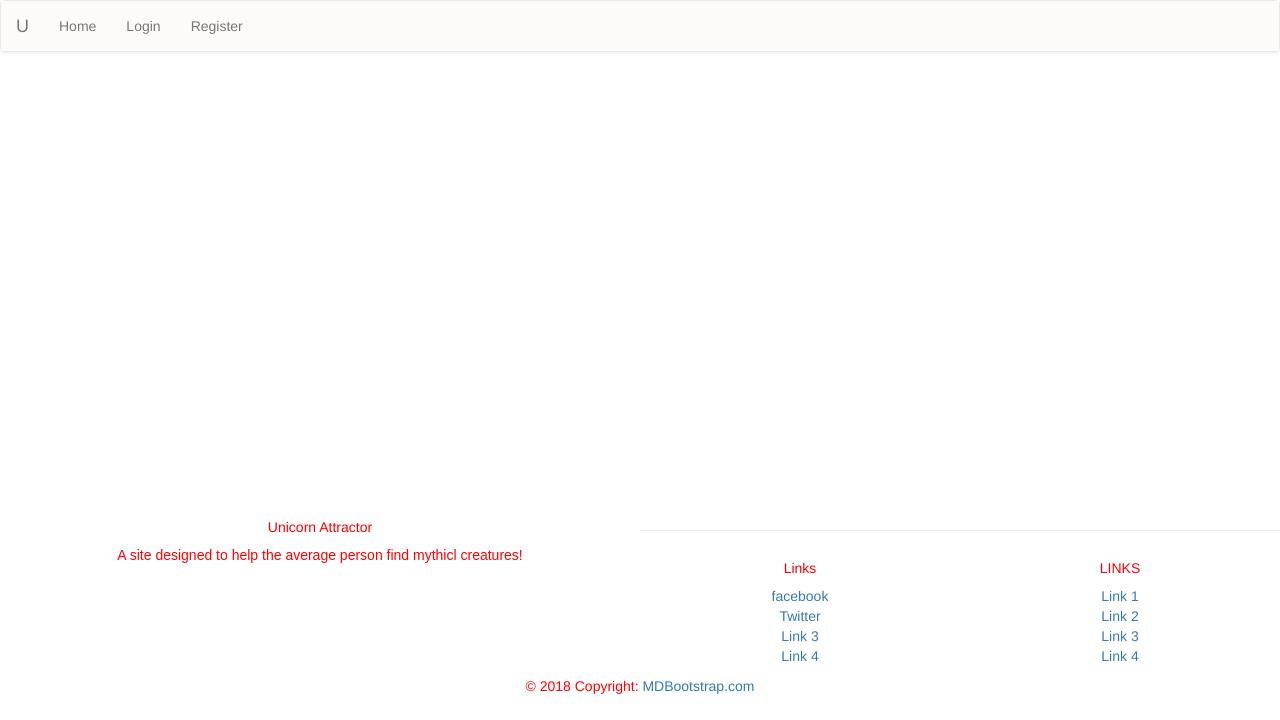
Repository: h8130084/UnicornAttractor
Page: templates/base.html
The author's editor kept a record of every edit. The page is drawn from the files as they stood at one moment, then again after the next edit.
The browser window is 1280 px wide. The pictures show the whole page.
Some web fonts or font styles are not loaded; a fallback is used. Some web libraries are served in a nearby version. The template is drawn by Django 2.2. The application's start-up code is not run. Other server files are loaded and not shown. The template is opened directly, without the code that normally fills it, so the values that code supplies are empty.

Above is the page before.

### templates/base.html
<!DOCTYPE html>
<html lang="en">
{% load staticfiles %}
<head>
    <meta charset="UTF-8">
    <meta name="viewport" content="width=device-width, initial-scale=1.0">
    <meta http-equiv="X-UA-Compatible" content="ie=edge">
    <link rel="stylesheet" href="{% static 'css/styles.css' %}" type="text/css" />

    <!-- Latest compiled and minified CSS -->
    <link rel="stylesheet" href="https://maxcdn.bootstrapcdn.com/bootstrap/3.3.7/css/bootstrap.min.css" integrity="sha384-BVYiiSIFeK1dGmJRAkycuHAHRg32OmUcww7on3RYdg4Va+PmSTsz/K68vbdEjh4u" crossorigin="anonymous">

    <!-- Optional theme -->
    <link rel="stylesheet" href="https://maxcdn.bootstrapcdn.com/bootstrap/3.3.7/css/bootstrap-theme.min.css" integrity="sha384-rHyoN1iRsVXV4nD0JutlnGaslCJuC7uwjduW9SVrLvRYooPp2bWYgmgJQIXwl/Sp" crossorigin="anonymous">

    <!-- google fonts -->
    <link href="https://fonts.googleapis.com/css?family=Sulphur+Point&display=swap" rel="stylesheet">

    <!-- JQuery -->
    <script src="https://code.jquery.com/jquery-3.2.1.min.js" integrity="sha256-hwg4gsxgFZhOsEEamdOYGBf13FyQuiTwlAQgxVSNgt4=" crossorigin="anonymous"></script>

    <!-- Latest compiled and minified JavaScript -->
    <script src="https://maxcdn.bootstrapcdn.com/bootstrap/3.3.7/js/bootstrap.min.js" integrity="sha384-Tc5IQib027qvyjSMfHjOMaLkfuWVxZxUPnCJA7l2mCWNIpG9mGCD8wGNIcPD7Txa" crossorigin="anonymous"></script>

    {% block head_js %}{% endblock %}

    <title>{% block page_title %}{% endblock %}</title>
</head>

<body>

<!--Taken from Bootstrap-->
<nav class="navbar navbar-default">
  <div class="container-fluid" style="background-color: #FFFAFA;">
    <!-- Brand and toggle get grouped for better mobile display -->
    <div class="navbar-header" style="background-color: #FFFAFA;">
      <button type="button" class="navbar-toggle collapsed" data-toggle="collapse" data-target="#bs-example-navbar-collapse-1" aria-expanded="false">
        <span class="sr-only">Toggle navigation</span>
        <span class="icon-bar"></span>
        <span class="icon-bar"></span>
        <span class="icon-bar"></span>
      </button>
      <a class="navbar-brand" href="{% url 'index' %}">U</a>
    </div>

    <!-- Collect the nav links, forms, and other content for toggling -->
    <div class="collapse navbar-collapse" id="bs-example-navbar-collapse-1">
      <ul class="nav navbar-nav">
            {% if user.is_authenticated %}
            <li><a href="{% url 'index' %}">Home</a></li>
            <li><a href="{% url 'profile' %}">Profile</a></li>
            <li><a href="{% url 'bug' %}">Bugs and Features</a></li>
            <li><a href="{% url 'logout' %}">Logout</a></li>
            <li><a href="{% url 'view_cart' %}">Basket</a></li>

            {% else %}
            <li><a href="{% url 'index' %}">Home</a></li>
            <li><a href="{% url 'login' %}">Login</a></li>
            <li><a href="{% url 'registration' %}">Register</a></li>

            {% endif %}
        </ul>
    </div><!-- /.navbar-collapse -->
  </div><!-- /.container-fluid -->
</nav>



    {% if messages %}
    <div class="row">
        <div class="alert alert-warning">
            {% for message in messages %} {{ message }} {% endfor %}
        </div>
    </div>
    {% endif %}

    <h1 class="page_title">
        {% block page_heading %}{% endblock %}
    </h1>
    <div class="container">
        {% block content %}{% endblock %}
    </div>


<!-- Footer -->
<footer class="page-footer fixed-bottom">

  <div class="container-fluid text-center text-md-left">
    <div class="row">
      <div class="col-md-6 mt-md-0 mt-3">
        <h5> Unicorn Attractor</h5>
        <p>A site designed to help the average person find mythicl creatures!</p>
      </div>

      <hr class="clearfix w-100 d-md-none pb-3">
      <div class="col-md-3 mb-md-0 mb-3">

        <!-- Links -->
        <h5>Links</h5>
        <ul class="list-unstyled">
          <li>
            <a href="#!">facebook</a>
          </li>
          <li>
            <a href="#!">Twitter</a>
          </li>
          <li>
            <a href="#!">Link 3</a>
          </li>
          <li>
            <a href="#!">Link 4</a>
          </li>
        </ul>

      </div>
      <!-- Grid column -->

      <!-- Grid column -->
      <div class="col-md-3 mb-md-0 mb-3">

        <!-- Links -->
        <h5 class="text-uppercase">Links</h5>

        <ul class="list-unstyled">
          <li>
            <a href="#!">Link 1</a>
          </li>
          <li>
            <a href="#!">Link 2</a>
          </li>
          <li>
            <a href="#!">Link 3</a>
          </li>
          <li>
            <a href="#!">Link 4</a>
          </li>
        </ul>

      </div>
      <!-- Grid column -->

    </div>
    <!-- Grid row -->

  </div>
  <!-- Footer Links -->

  <!-- Copyright -->
  <div class="footer-copyright text-center py-3">© 2018 Copyright:
    <a href="https://mdbootstrap.com/education/bootstrap/"> MDBootstrap.com</a>
  </div>
  <!-- Copyright -->

</footer>
<!-- Footer -->

</body>
</html>

### static/css/styles.css
@import url('https://fonts.googleapis.com/css?family=Sulphur+Point&display=swap');

.navbar.navbar-default{
    margin-bottom: 0;
}

.page_title {
    text-align: center;
    margin-bottom: 25px;
}

h1, p {
    font-family: 'Sulphur Point', sans-serif;
}
.containter {
    font-family: 'Sulphur Point', sans-serif;
    position: relative;
}

.home-text{
    font-size: 20px;
}

.center{
    text-align: center;
    margin-bottom: 10px;
}

html, body{ height:100%; margin:0; }

footer{
    height:210px;
    margin-top: 10px;
    margin-top:auto;
    color: red;
}

body{
  display:flex;
  flex-direction:column;
}

/*forms */

.already_account{
    margin-top: 25px;
    width: 50%;
    margin-left: 25%;
}

.registration {
    margin-top: 25px;
}

.form-box{
    border: 1px solid black;
    border-radius: 5px;
    padding: 10px;
    width: 60%;
    margin-left: 20%;
}

.text-input{
    border-radius: 5px;
    width: 100%;
    margin-bottom: 10px;
}

.text-box{
    border-radius: 5px;
    width: 100%;
    margin-bottom: 10px;
}

.select-input{
    margin-bottom: 10px;
}

.auth-forms{
    width: 50%;
    margin-left: 25%;
}

/*comments */

.comments-section{
    width: 60%;
    margin-left: 20%;
    border: 1px solid black;
    border-radius: 5px;
    margin-bottom: 10px;
    padding: 5px;
}

.comment-name{
    font-weight: bold;
    font-size: 20px;
}

.comment-time{
    font-style: italic;
    font-size: 14px;
}

.comment{
    font-size: 18px;
}

.comments-header{
    text-align: center;
    font-family: 'Sulphur Point', sans-serif;
}


/*description section */

.description-section{
    margin-left: 20%;
    width: 60%;
    border: 1px solid black;
    border-radius: 5px;
    padding: 5px;
    margin-bottom: 10px;
}

.description{
    font-size: 20px;
}


/*cart.html */

.adjust-input{
    width: 60%;
    border-radius: 5px;
}

.total{
    font-size: 20px;
    font-weight: bold;
}

After the next edit:
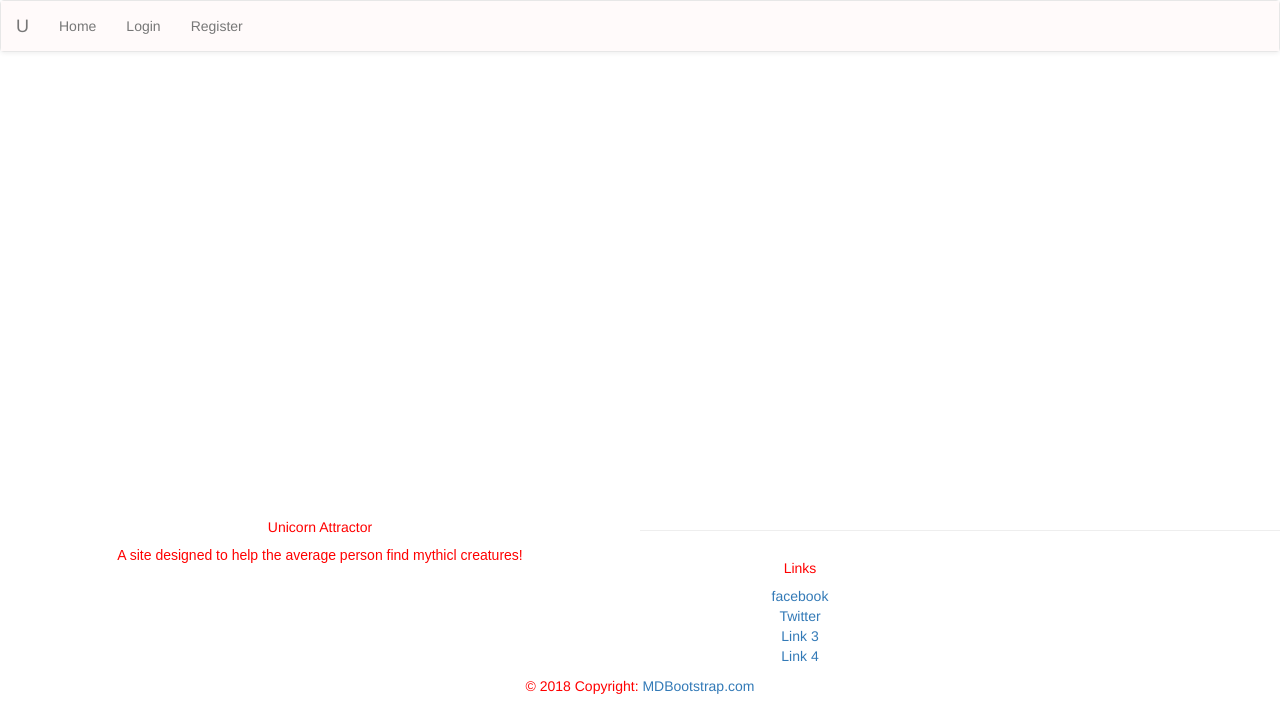
The edit:
--- a/templates/base.html
+++ b/templates/base.html
@@ -118,32 +118,12 @@
       <!-- Grid column -->
       <div class="col-md-3 mb-md-0 mb-3">
 
-        <!-- Links -->
-        <h5 class="text-uppercase">Links</h5>
-
-        <ul class="list-unstyled">
-          <li>
-            <a href="#!">Link 1</a>
-          </li>
-          <li>
-            <a href="#!">Link 2</a>
-          </li>
-          <li>
-            <a href="#!">Link 3</a>
-          </li>
-          <li>
-            <a href="#!">Link 4</a>
-          </li>
-        </ul>
-
-      </div>
-      <!-- Grid column -->
 
     </div>
     <!-- Grid row -->
 
   </div>
-  <!-- Footer Links -->
+
 
   <!-- Copyright -->
   <div class="footer-copyright text-center py-3">© 2018 Copyright:
